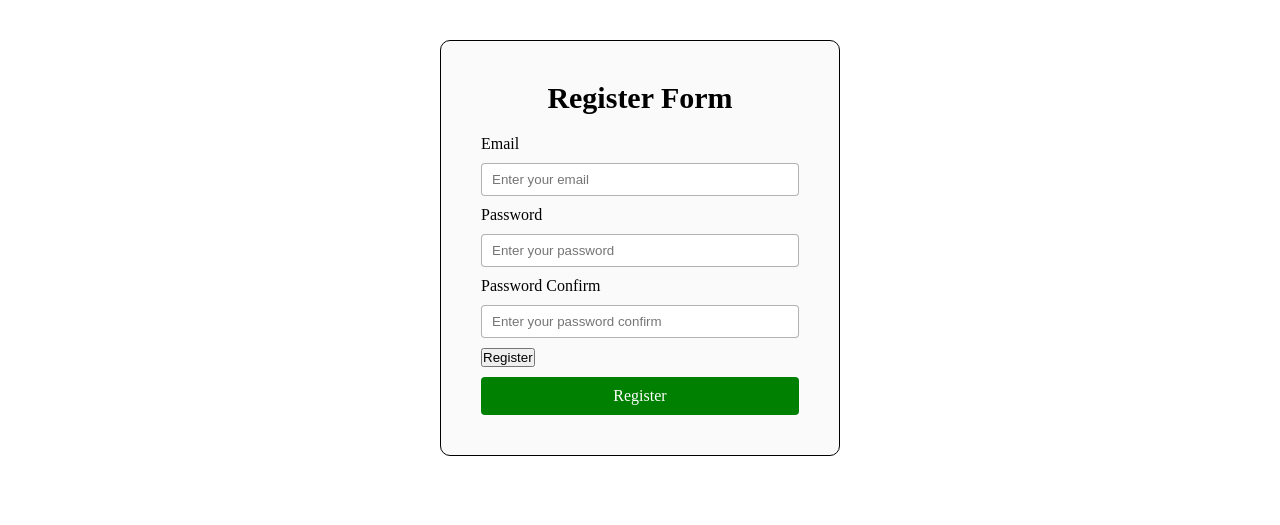
Repository: nptg3105/Register-form
Page: index.html
These files come from the project's save history. The page is drawn as it stood at one moment and after the next save; the edit follows.
The browser window is 1280 px wide. The pictures show the whole page.
Some web libraries are served in a nearby version.

Above is the page before, as saved 2022-01-05 22:01:07.

### index.html
<!DOCTYPE html>
<html lang="en">
  <head>
    <meta charset="UTF-8" />
    <meta http-equiv="X-UA-Compatible" content="IE=edge" />
    <meta name="viewport" content="width=device-width, initial-scale=1.0" />
    <title>Document</title>
    <link rel="stylesheet" href="style.css" />
  </head>
  <body>
    <div id="register-form"></div>

    <script
      src="https://unpkg.com/react@17/umd/react.production.min.js"
      crossorigin
    ></script>
    <script
      src="https://unpkg.com/react-dom@17/umd/react-dom.production.min.js"
      crossorigin
    ></script>
    <script src="https://unpkg.com/babel-standalone@6/babel.min.js"></script>
    <script type="text/babel" src="main.js"></script>
  </body>
</html>

### style.css
* {
  box-sizing: border-box;
  margin: 0;
  padding: 0;
}
.register {
  background-color: #fafafa;
  max-width: 400px;
  margin: 40px auto;
  padding: 40px;
  border: 1px solid #000;
  border-radius: 10px;
}
.title {
  text-align: center;
  font-weight: bold;
  font-size: 30px;
  margin-bottom: 20px;
}
#email,
#password,
#password-confirm {
  margin: 10px 0;
  width: 100%;
  padding: 8px 50px 8px 10px;
  border-radius: 4px;
  border: 1px solid rgba(0, 0, 0, 0.3);
}
.btn {
  text-decoration: none;
  background-color: #008000;
  text-align: center;
  color: white;
  width: 100%;
  display: block;
  padding: 10px 0;
  margin-top: 10px;
  border-radius: 4px;
}

### main.js
const registerForm = document.querySelector("#register-form");
const form = (
  <div className="register">
    <h2 className="title">Register Form</h2>
    <form>
      <label for="email">Email</label>
      <br />
      <input
        placeholder="Enter your email"
        type="email"
        id="email"
        name="mail"
      />
      <br />
      <label for="password">Password</label>
      <br />
      <input
        placeholder="Enter your password"
        type="password"
        id="password"
        name="pass"
      />
      <br />
      <label for="password-confirm">Password Confirm</label>
      <br />
      <input
        placeholder="Enter your password confirm"
        type="password"
        id="password-confirm"
        name="pass-confirm"
      />
      <input type="submit" value="Register" />
    </form>
    <a href="#" className="btn">
      Register
    </a>
  </div>
);
ReactDOM.render(form, registerForm);

After the next save:
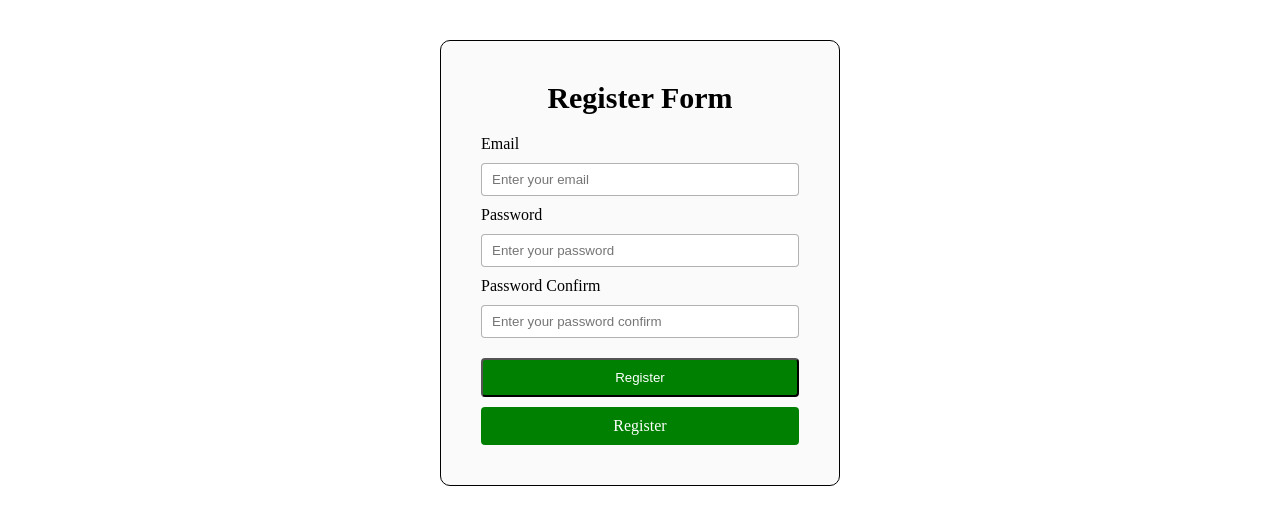
Saved 13 s later.
--- a/main.js
+++ b/main.js
@@ -29,7 +29,7 @@ const form = (
         id="password-confirm"
         name="pass-confirm"
       />
-      <input type="submit" value="Register" />
+      <input type="submit" value="Register" className="btn" />
     </form>
     <a href="#" className="btn">
       Register
